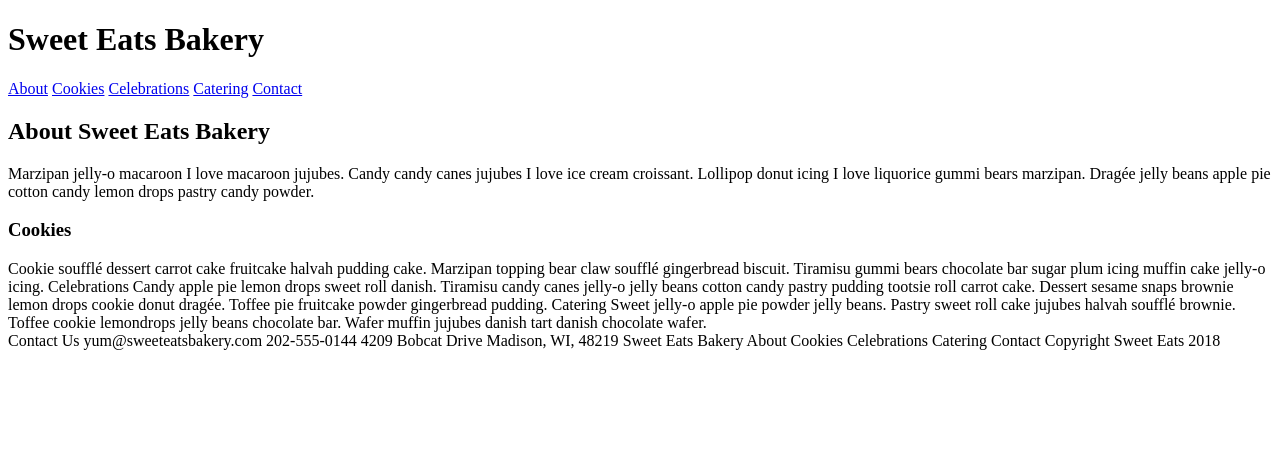
Repository: yoshimario/web-module-challenge-user-interface
Page: index.html
The author's editor kept a copy of each file at every save. The page is drawn from the files as they stood at one save, then again after a run of saves.
The browser window is 1280 px wide. The pictures show the whole page.
Some web fonts or font styles are not loaded; a fallback is used.

Above is the page before, as saved 2023-05-14 14:40:03.

After the next 5 saves:
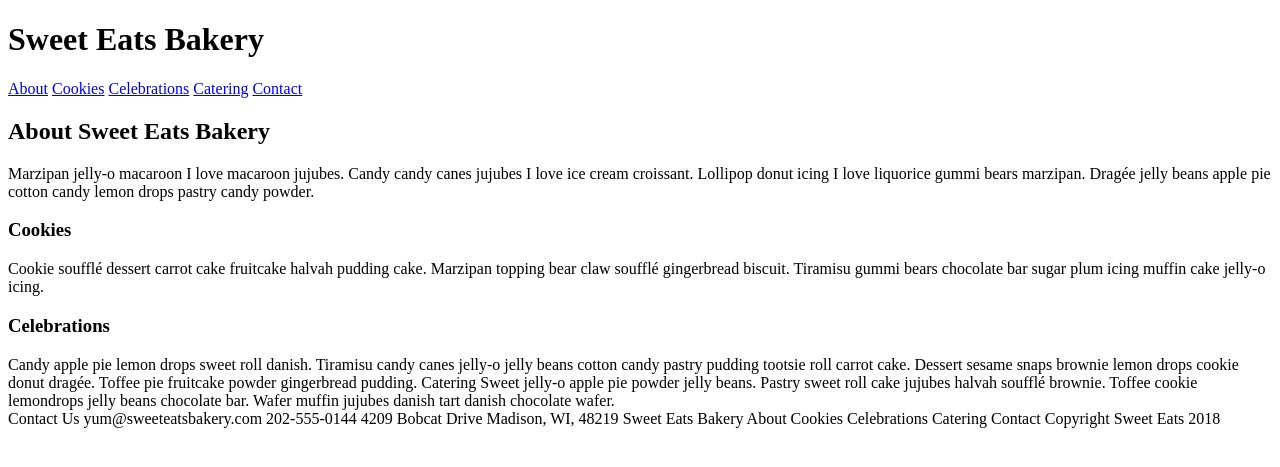
The 5 saves are shown as one change because they came seconds apart.
The last was saved 28 s later.
--- a/index.html
+++ b/index.html
@@ -43,7 +43,7 @@ Cookie soufflé dessert carrot cake fruitcake halvah pudding cake. Marzipan topp
 biscuit. Tiramisu gummi bears chocolate bar sugar plum icing muffin cake jelly-o icing.
 
 <!-- Image https://tk-assets.lambdaschool.com/297378d6-9c89-430f-9d2e-46ae3d5edce8_ui-i-bakery-cupcake-i.png -->
-Celebrations
+<h3>Celebrations</h3>
 
 Candy apple pie lemon drops sweet roll danish. Tiramisu candy canes jelly-o jelly beans cotton candy pastry pudding
 tootsie roll carrot cake. Dessert sesame snaps brownie lemon drops cookie donut dragée. Toffee pie fruitcake powder
